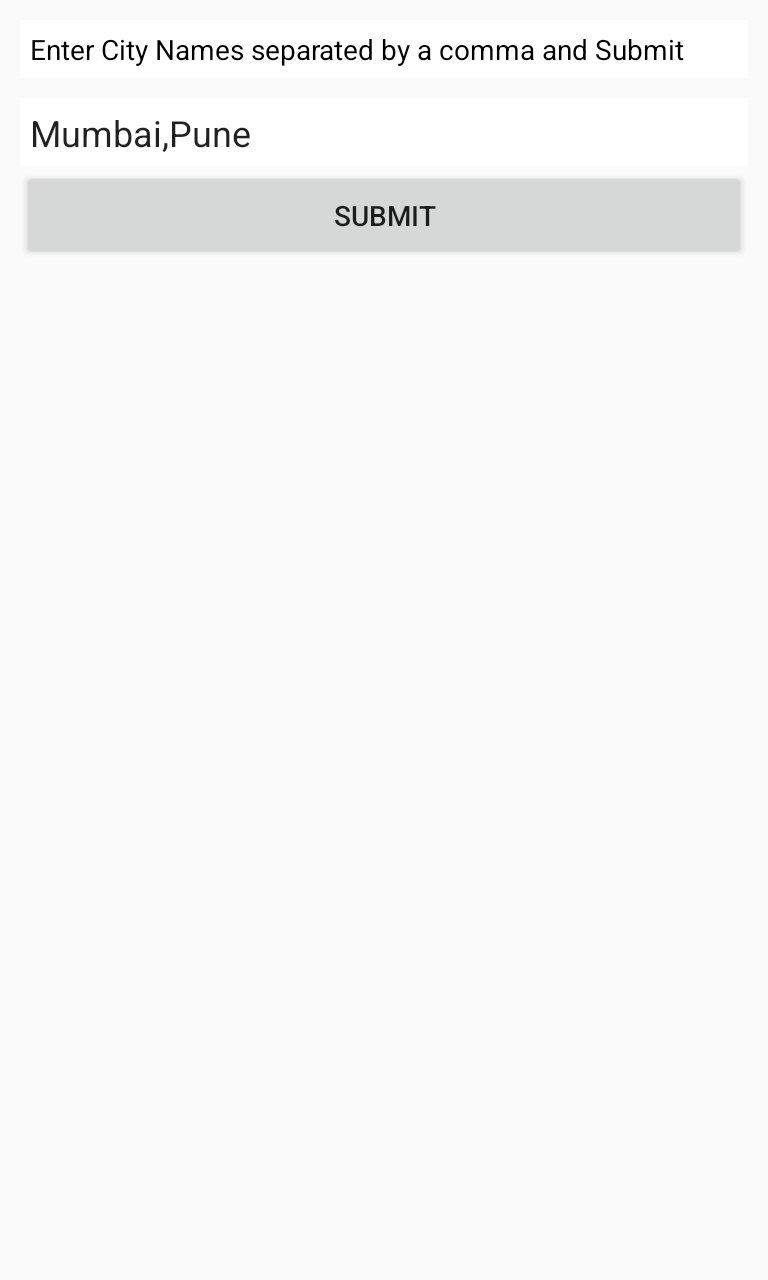
Repository: bhameamit/LeftShiftTask
Layout: LeftShiftTask/LeftShiftTak/res/layout/activity_main.xml
An editor plug-in stored every save of this project. The layout is shown before and after the next save, followed by the edit.
It is drawn on a 768 x 1280 px phone screen (xhdpi) without system bars, with theme AppTheme; the app's code is not run.

Above is the layout before, as saved 2015-02-19 20:44:03.

### LeftShiftTask/LeftShiftTak/res/layout/activity_main.xml
<LinearLayout xmlns:android="http://schemas.android.com/apk/res/android"
    xmlns:tools="http://schemas.android.com/tools"
    android:layout_width="match_parent"
    android:layout_height="match_parent"
    android:orientation="vertical"
    android:padding="10dp"
    tools:context="com.example.leftshifttak.MainActivity" >

    <TextView
        android:layout_width="match_parent"
        android:layout_height="wrap_content"
        android:background="@android:color/white"
        android:padding="5dp"
        android:text="@string/info"
        android:textColor="@android:color/black" />

    <LinearLayout
        android:layout_width="match_parent"
        android:layout_height="10dp" >
    </LinearLayout>

    <EditText
        android:id="@+id/city1"
        android:layout_width="match_parent"
        android:layout_height="wrap_content"
        android:background="@android:color/white"
        android:padding="5dp"
        android:text="@string/example" />
    v


    <Button
        android:id="@+id/send_city"
        android:layout_width="match_parent"
        android:layout_height="wrap_content"
        android:text="Submit" />

</LinearLayout>

### LeftShiftTask/LeftShiftTak/res/values/strings.xml
<?xml version="1.0" encoding="utf-8"?>
<resources>

    <string name="app_name">LeftShiftTak</string>
    <string name="hello_world">Hello world!</string>
    <string name="action_settings">Settings</string>
    <string name="title_activity_list_cities">ListCitiesActivity</string>

    <string name="info">Enter City Names separated by a comma and Submit</string>
    <string name="example">Mumbai,Pune</string>

</resources>

Loaded but not shown: LeftShiftTask/LeftShiftTak/res/values/styles.xml (common file); LeftShiftTask/LeftShiftTak/res/values-v11/styles.xml (common file); LeftShiftTask/LeftShiftTak/res/values-v14/styles.xml (common file)

After the next save:
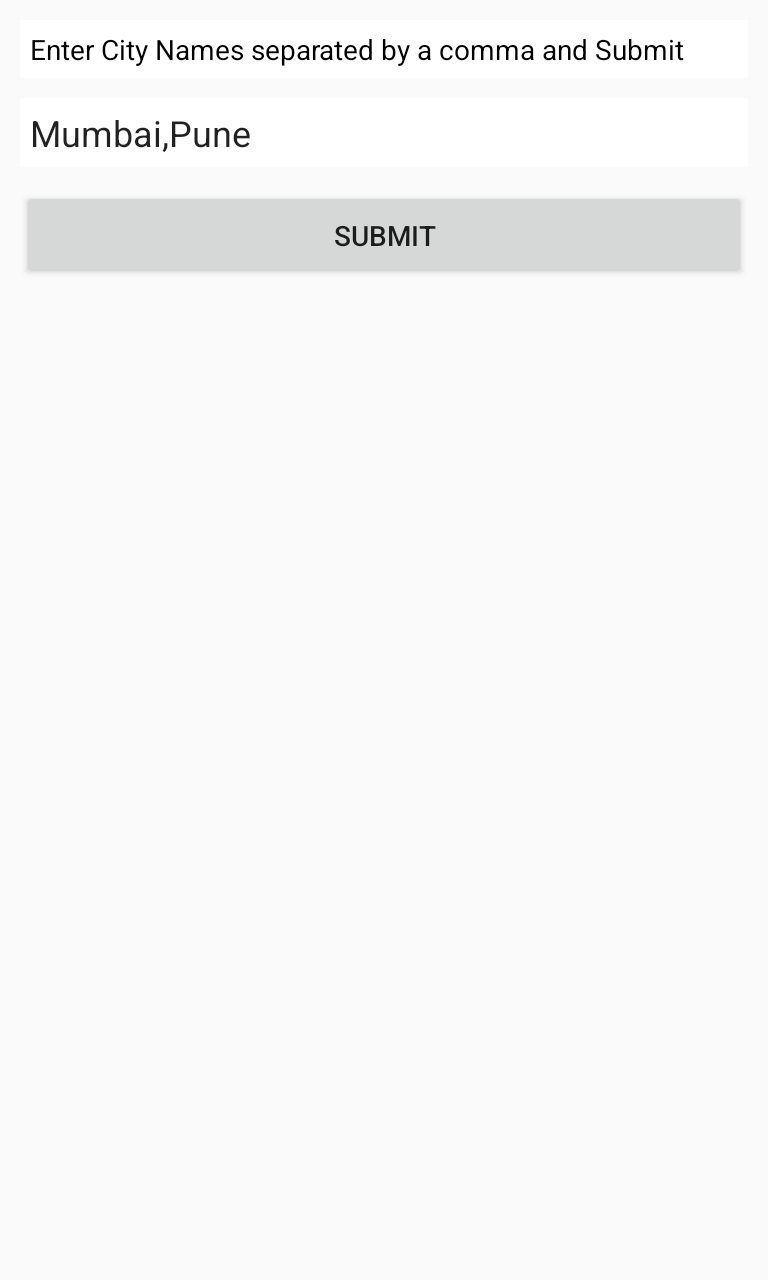
Saved 5 s later.
--- a/LeftShiftTask/LeftShiftTak/res/layout/activity_main.xml
+++ b/LeftShiftTask/LeftShiftTak/res/layout/activity_main.xml
@@ -26,8 +26,11 @@
         android:background="@android:color/white"
         android:padding="5dp"
         android:text="@string/example" />
-    v
 
+    <LinearLayout
+        android:layout_width="match_parent"
+        android:layout_height="10dp" >
+    </LinearLayout>
 
     <Button
         android:id="@+id/send_city"
